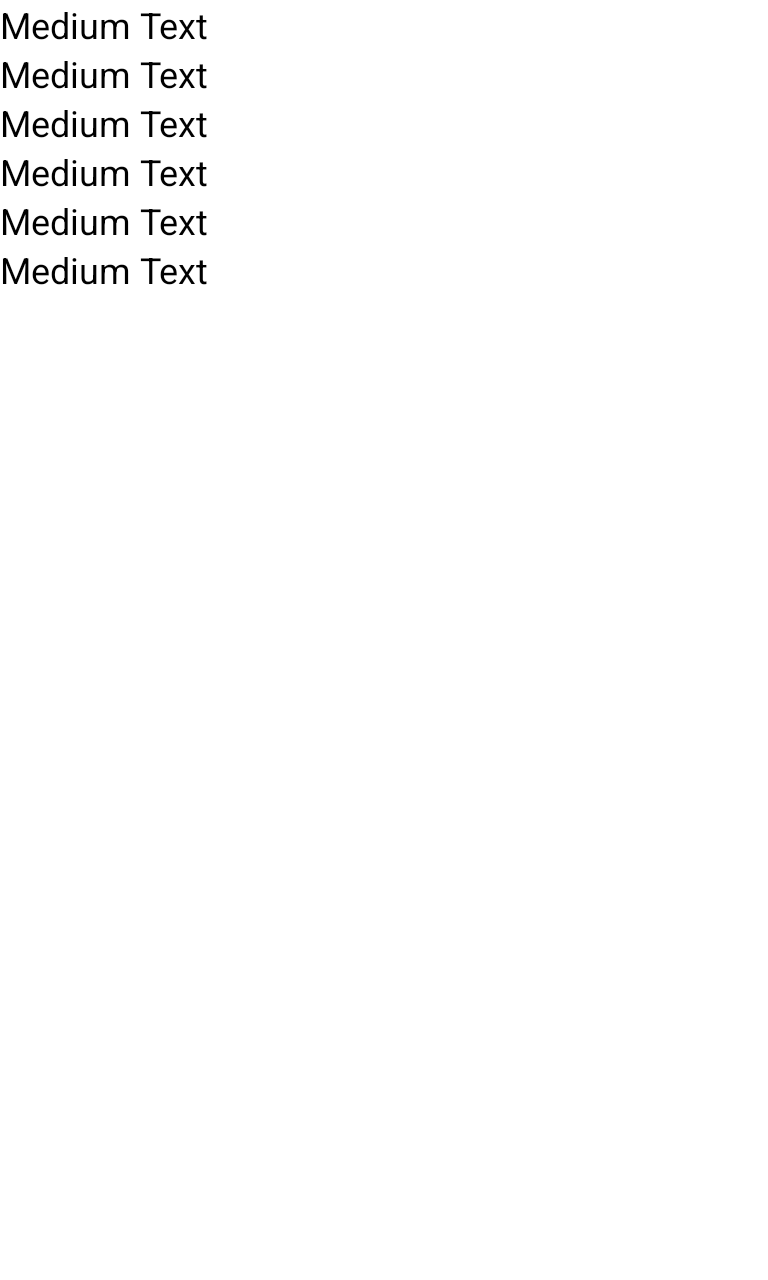
Repository: born2behappy18/meetingMiliue
Layout: MeetingMileu/res/layout/custondialog.xml
An editor plug-in stored every save of this project. The layout is shown before and after the next save, followed by the edit.
It is drawn on a 768 x 1280 px phone screen (xhdpi) without system bars, with theme AppTheme; the app's code is not run.

Above is the layout before, as saved 2015-10-13 08:47:38.

After the next save:
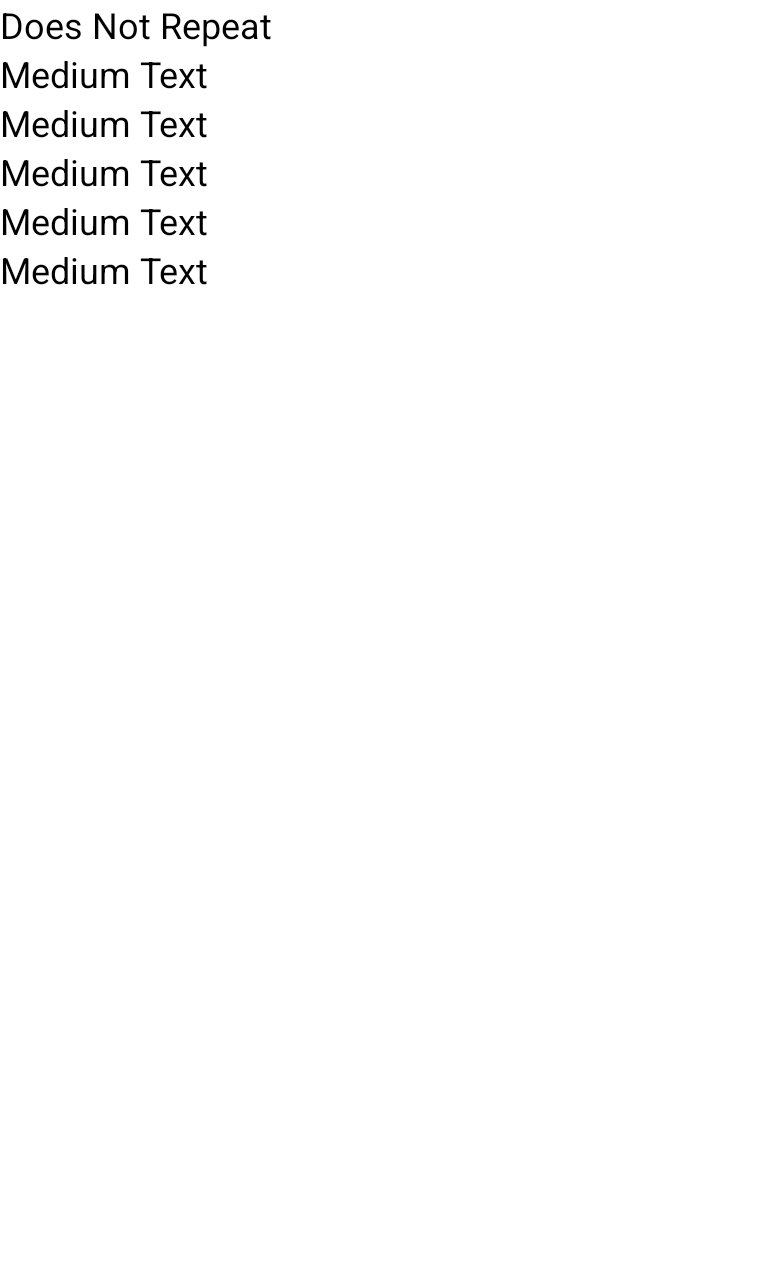
Saved 36 s later.
--- a/MeetingMileu/res/layout/custondialog.xml
+++ b/MeetingMileu/res/layout/custondialog.xml
@@ -6,10 +6,10 @@
     android:layout_marginLeft="30dp">
 
     <TextView
-        android:id="@+id/textView1"
+        android:id="@+id/doesnotrepeat"
         android:layout_width="wrap_content"
         android:layout_height="wrap_content"
-        android:text="Medium Text"
+        android:text="Does Not Repeat"
         android:textAppearance="?android:attr/textAppearanceMedium" />
 
     <TextView
